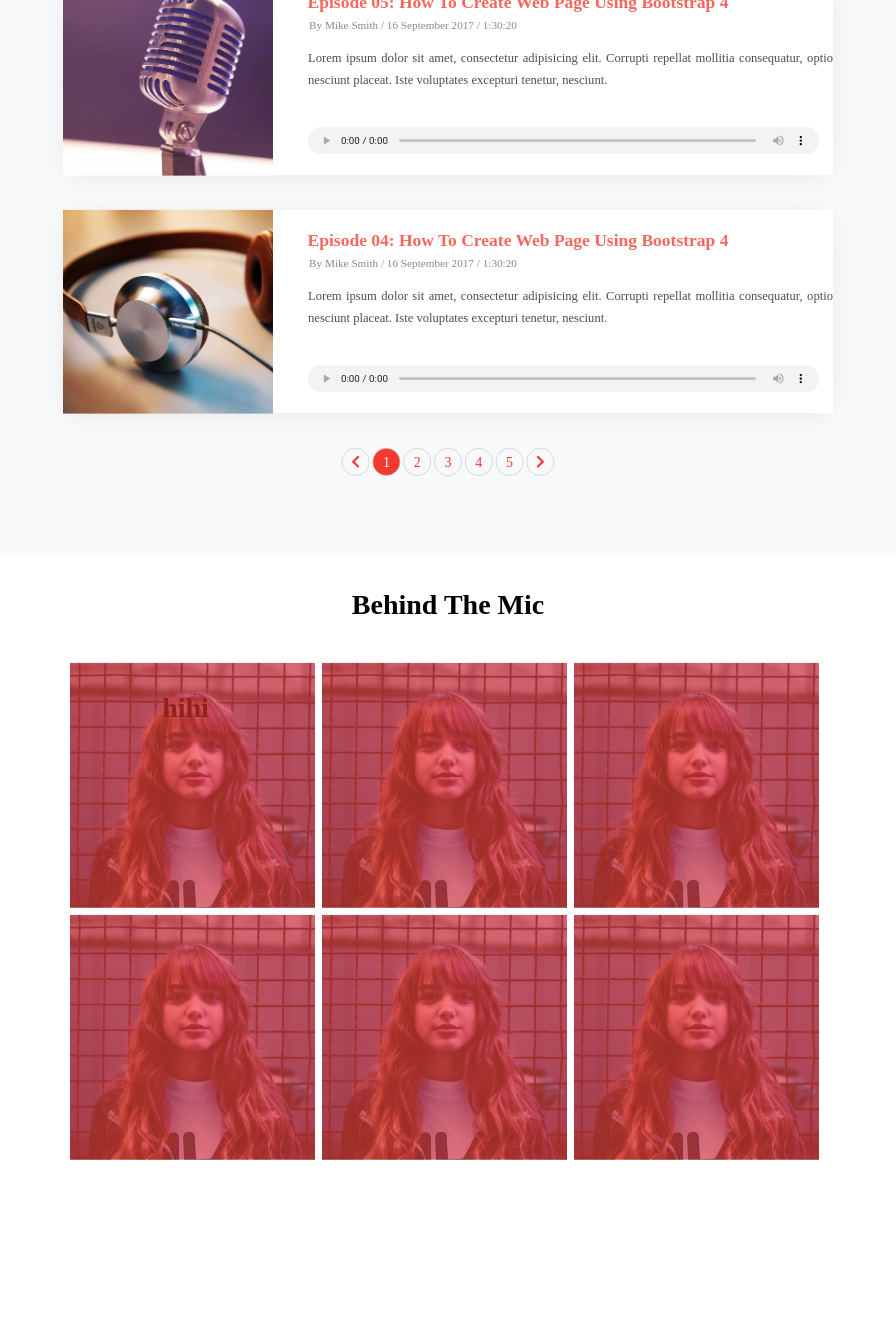
Repository: nhutduy0803/template2
Page: index.html
These files come from the project's save history. The page is drawn as it stood at one moment and after the next save; the edit follows.
The browser window is 1280 px wide. The pictures show the part of the page from y = 2077 to 3997 px (the page is 3997 px tall), at 70% of full size.

Above is the page before, as saved 2021-12-09 14:38:03.

### index.html
<!DOCTYPE html>
<html lang="en">
  <head>
    <meta charset="UTF-8" />
    <meta http-equiv="X-UA-Compatible" content="IE=edge" />
    <meta name="viewport" content="width=device-width, initial-scale=1.0" />
    <link rel="stylesheet" href="./assets/css/style.css" />
    <link
      rel="stylesheet"
      href="./assets/css/font/fontawesome-free-5.15.4-web/css/all.min.css"
    />
    <title>Document</title>
  </head>
  <body>
    <script src="./main.js"></script>
    <div class="slider">
      <h2>Podca</h2>
      <img
        src="./assets/css/img/xhero_bg_1.jpg.pagespeed.ic.EJCcE-mhd6.webp"
        alt=""
      />
      <h3>Episode 09: How To Create Web Page Using Bootstrap 4</h3>
      <span>By Mike Smith | 16 September 2017 | 1:30:20</span>
      <div class="subslider">READ THE TRANSCRIPT</div>
      <div class="menu" onclick="openmenu()">
        <i class="fas fa-bars"></i>
      </div>
      <div class="sub-menu">
        <i class="fas fa-times" onclick="closemenu()"></i>
        <div class="home-menu">
          <p>Home</p>
          <i onclick="subhome()" class="fas fa-caret-down"></i>

          <div class="sub-home">
            <li>Menu One</li>
            <li>Menu Two</li>
            <li>Menu Three</li>
            <li>Sub Menu</li>
          </div>
          <div class="drop-down">
            <p>DropDown</p>
            <i onclick="subdropdown() " class="fas fa-caret-down"></i>
            <div class="sub-dropdown">
              <li>Menu One</li>
              <li>Menu two</li>
              <li>Menu three</li>
            </div>
          </div>

          <p>About</p>
          <p>Contact</p>
        </div>
      </div>
    </div>
    <div class="audio">
      <audio class="audio-one" controls>
        <source src="" type="audio/ogg" />
        <source src="" type="audio/mpeg" />
      </audio>
    </div>
    <div class="RecentPodcasts">
      <h2>Recent Podcasts</h2>
      <div class="container">
        <div class="img-pod">
          <img src="./assets/css/img/pod1.webp" alt="" />
        </div>
        <div class="content-pod">
          <h3>Episode 08: How To Create Web Page Using Bootstrap 4</h3>
          <span>By Mike Smith / 16 September 2017 / 1:30:20</span>
          <p>
            Lorem ipsum dolor sit amet, consectetur adipisicing elit. Corrupti
            repellat mollitia consequatur, optio nesciunt placeat. Iste
            voluptates excepturi tenetur, nesciunt.
          </p>
          <audio class="audiopod" controls>
            <source src="" type="audio/mpeg" />
          </audio>
        </div>
      </div>
      <div class="container">
        <div class="img-pod">
          <img src="./assets/css/img/pod2.webp" alt="" />
        </div>
        <div class="content-pod">
          <h3>Episode 07: How To Create Web Page Using Bootstrap 4</h3>
          <span>By Mike Smith / 16 September 2017 / 1:30:20</span>
          <p>
            Lorem ipsum dolor sit amet, consectetur adipisicing elit. Corrupti
            repellat mollitia consequatur, optio nesciunt placeat. Iste
            voluptates excepturi tenetur, nesciunt.
          </p>
          <audio class="audiopod" controls>
            <source src="" type="audio/mpeg" />
          </audio>
        </div>
      </div>
      <div class="container">
        <div class="img-pod">
          <img src="./assets/css/img/pod3.webp" alt="" />
        </div>
        <div class="content-pod">
          <h3>Episode 06: How To Create Web Page Using Bootstrap 4</h3>
          <span>By Mike Smith / 16 September 2017 / 1:30:20</span>
          <p>
            Lorem ipsum dolor sit amet, consectetur adipisicing elit. Corrupti
            repellat mollitia consequatur, optio nesciunt placeat. Iste
            voluptates excepturi tenetur, nesciunt.
          </p>
          <audio class="audiopod" controls>
            <source src="" type="audio/mpeg" />
          </audio>
        </div>
      </div>
      <div class="container">
        <div class="img-pod">
          <img src="./assets/css/img/pod4.webp" alt="" />
        </div>
        <div class="content-pod">
          <h3>Episode 05: How To Create Web Page Using Bootstrap 4</h3>
          <span>By Mike Smith / 16 September 2017 / 1:30:20</span>
          <p>
            Lorem ipsum dolor sit amet, consectetur adipisicing elit. Corrupti
            repellat mollitia consequatur, optio nesciunt placeat. Iste
            voluptates excepturi tenetur, nesciunt.
          </p>
          <audio class="audiopod" controls>
            <source src="" type="audio/mpeg" />
          </audio>
        </div>
      </div>
      <div class="container">
        <div class="img-pod">
          <img src="./assets/css/img/pod5.webp" alt="" />
        </div>
        <div class="content-pod">
          <h3>Episode 04: How To Create Web Page Using Bootstrap 4</h3>
          <span>By Mike Smith / 16 September 2017 / 1:30:20</span>
          <p>
            Lorem ipsum dolor sit amet, consectetur adipisicing elit. Corrupti
            repellat mollitia consequatur, optio nesciunt placeat. Iste
            voluptates excepturi tenetur, nesciunt.
          </p>
          <audio class="audiopod" controls>
            <source src="" type="audio/mpeg" />
          </audio>
        </div>
      </div>
    </div>
    <div class="list-pod">
      <li><i class="fas fa-chevron-left"></i></li>
      <li>1</li>
      <li>2</li>
      <li>3</li>
      <li>4</li>
      <li>5</li>
      <li><i class="fas fa-chevron-right"></i></li>
    </div>
    <div class="BehindTheMic">
      <h2>Behind The Mic</h2>
      <div class="container-behind">
        <div class="picture-behind">
          <img src="./assets/css/img/behind1.webp" alt="" />
        </div>
        <div class="content-behind">
          <h2>hihi</h2>
        </div>

        <div class="picture-behind">
          <img src="./assets/css/img/behind1.webp" alt="" />
        </div>
        <div class="picture-behind">
          <img src="./assets/css/img/behind1.webp" alt="" />
        </div>
        <div class="picture-behind">
          <img src="./assets/css/img/behind1.webp" alt="" />
        </div>
        <div class="picture-behind">
          <img src="./assets/css/img/behind1.webp" alt="" />
        </div>
        <div class="picture-behind">
          <img src="./assets/css/img/behind1.webp" alt="" />
        </div>
      </div>
      <!-- <div class="container-behind">
        <div class="picture-behind">
          <img src="./assets/css/img/behind1.webp" alt="" />
        </div>
      </div>
      <div class="container-behind">
        <div class="picture-behind">
          <img src="./assets/css/img/behind1.webp" alt="" />
        </div>
      </div>
      <div class="container-behind">
        <div class="picture-behind">
          <img src="./assets/css/img/behind1.webp" alt="" />
        </div>
      </div>
      <div class="container-behind">
        <div class="picture-behind">
          <img src="./assets/css/img/behind1.webp" alt="" />
        </div>
      </div>
      <div class="container-behind">
        <div class="picture-behind">
          <img src="./assets/css/img/behind1.webp" alt="" />
        </div>
      </div> -->
    </div>
  </body>
</html>

### assets/css/style.css
* {
  margin: 0;
  padding: 0;
  box-sizing: border-box;
}

.slider {
  width: 100%;
  height: 100vh;
  position: relative;
}

.slider::before {
  content: " ";
  position: absolute;
  top: 0;
  left: 0;
  right: 0;
  bottom: 0;
  background-color: rgba(0, 0, 0, 0.4);
}

.slider img {
  width: 100%;
  height: 100%;
}

.slider h2 {
  position: absolute;
  top: 50px;
  left: 50px;
  color: #fff;
  font-size: 40px;
}
.menu {
  position: absolute;
  right: 50px;
  top: 50px;
  font-size: 30px;
  color: #fff;
}

.slider h3 {
  text-align: center;
  position: absolute;
  transform: translate(-50%);
  top: 30%;
  left: 50%;
  color: #fff;
  font-size: 40px;
  line-height: 1.6;
  font-size: 50px;
}

.slider span {
  position: absolute;
  top: 58%;
  left: 50%;
  transform: translate(-50%);
  color: #ffffff80;
}

.subslider {
  width: 250px;
  background-color: #f23a2e;
  display: flex;
  justify-content: center;
  align-items: center;
  color: #fff;
  font-size: 15px;
  letter-spacing: 2px;
  height: 60px;
  position: absolute;
  top: 65%;
  left: 50%;
  transform: translate(-50%);
  transition: 0.3s;
  border-radius: 5px;
}

.subslider:hover {
  position: absolute;
  top: 64%;
  box-shadow: 0 5px 20px -7px rgba(0, 0, 0, 0.9);
  transition: 0.3s;
}

.sub-menu {
  width: 300px;
  background-color: #fff;
  position: absolute;
  right: -300px;
  top: 0;
  height: 100vh;
  position: fixed;
  transition: 0.3s;
  box-shadow: 0 0 10px rgba(0, 0, 0, 0.4);
}

.sub-menu.openmenu {
  transition: 0.3s;
  right: 0;
}

.sub-menu .fas {
  position: absolute;
  font-size: 25px;
  right: 15px;
  top: 15px;
  transition: 0.2s;
}

.sub-menu .fas:hover {
  transition: 0.2s;
  color: rgb(104, 103, 103);
}

.home-menu {
  margin-top: 100px;
  font-size: 20px;
  margin-left: 15%;
}

.home-menu p {
  margin-bottom: 30px;
  color: #212529;
  transition: 0.3s;
}

.home-menu p:nth-child(2) {
  width: 100%;
  background-color: #fff;
  height: 200px;
}

.home-menu p:hover {
  transition: 0.3s;
  color: #f00;
}

.fa-caret-down {
  margin-top: 85px;
  margin-right: 20px;
}

.drop-down {
  position: relative;
}

.drop-down .fa-caret-down {
  position: absolute;
  top: -85px;
}
.sub-home {
  margin-top: -20px;
  width: 200px;
  height: 0px;
  background-color: #fff;
  visibility: hidden;
  transition: 0.5s;
  opacity: 0;
  margin-bottom: 20px;
}

.sub-home.opensubhome {
  height: 170px;
  visibility: inherit;
  transition: 0.5s;
  opacity: 1;
}

.sub-home li {
  padding: 10px 0px;
  font-weight: 300;
  margin-left: 30px;
  font-size: 17px;
  list-style-type: none;
  /* transition: 0.3s; */
}

.sub-home li:hover {
  transition: 0.3s;
  color: #f00;
}

.sub-dropdown {
  margin-top: -20px;
  background-color: #fff;
  height: 0px;
  width: 200px;
  visibility: hidden;
  transition: 0.3s;
  opacity: 0;
  margin-bottom: 20px;
}

.sub-dropdown li {
  padding-top: 22.5px;
  margin-left: 30px;
  font-weight: 300;
  font-size: 17px;
  list-style-type: none;
  transition: 0.3s;
}

.sub-dropdown li:hover {
  transition: 0.3s;
  color: #f00;
}

.sub-dropdown.opensubdropdown {
  opacity: 1;
  visibility: inherit;
  transition: 0.3s;
  height: 150px;
}

.audio {
  display: flex;
  justify-content: center;
  align-items: center;
  width: 100%;
  background-color: #f8f9fa;
  height: 200px;
}

.audio-one {
  width: 750px;
  height: 40px;
}

.RecentPodcasts {
  background: #f8f9fa;
  height: auto;
  width: 100%;
  text-align: center;
}

.RecentPodcasts h2 {
  font-size: 40px;
  margin-bottom: 50px;
}

.container {
  width: 1100px;
  height: 290px;
  position: relative;
  margin: auto;
  box-shadow: 0 5px 40px -10px rgb(0 0 0 / 10%);
  margin-top: 50px;
}

.img-pod {
  position: absolute;
  top: 0;
  left: 0;
  height: 290px;
  width: 300px;
}

.img-pod img {
  width: 100%;
  height: 100%j;
}

.content-pod {
  padding-top: 30px;
  background: #fff;
  height: 100%;
}

.content-pod h3 {
  font-size: 25px;
  margin-left: 200px;
  color: #f23b2ec4;
  margin-bottom: 10px;
}

.content-pod span {
  margin-left: -100px;
  color: #888;
}

.content-pod p {
  line-height: 1.8;
  margin-top: 20px;
  text-align: justify;
  margin-left: 350px;
  font-size: 18px;
  color: #4d4d4d;
  font-weight: 300;
}

.audiopod {
  margin-top: 50px;
  width: 730px;
  height: 40px;
  margin-left: 330px;
}

.list-pod {
  background: #f8f9fa;
  height: 200px;
  width: 100%;
  text-align: center;
}

.list-pod li {
  padding-top: 7.5px;
  margin-top: 50px;
  list-style-type: none;
  border-radius: 50%;
  height: 40px;
  width: 40px;
  border: 1px solid #ccc;
  display: inline-block;
  color: #f23a2e;
  font-size: 20px;
}

.list-pod li:nth-child(2) {
  font-size: 20px;
  color: #fff;
  background: #f23a2e;
}

.BehindTheMic {
  width: 100%;
  height: 150vh;
  background: #fff;
  text-align: center;
}

.BehindTheMic h2 {
  margin-top: 50px;
  font-size: 40px;
  margin-bottom: 50px;
}

.container-behind {
  margin: auto;
  width: 1100px;
}

.picture-behind {
  margin-left: 10px;
  float: left;
  width: 350px;
  height: 350px;
  overflow: hidden;
  margin-top: 10px;
  position: relative;
}

.picture-behind img {
  width: 100%;
  height: 100%;
  transition: 0.3s;
  position: relative;
  z-index: 0;
}

.picture-behind::before {
  position: absolute;
  z-index: 2;
  opacity: 0.6;
  content: " ";
  background-color: #f23a2e;
  height: 350px;
  width: 350px;
}

.content-behind {
  width: 350px;
  height: 350px;
  position: absolute;
}

### main.js
function openmenu() {
  var openmenu = document.querySelector(".sub-menu");
  openmenu.classList.add("openmenu");
}

function closemenu() {
  var openmenu = document.querySelector(".sub-menu");
  openmenu.classList.remove("openmenu");
}

function subhome() {
  var opensubhome = document.querySelector(".sub-home");
  opensubhome.classList.toggle("opensubhome");
}

function subdropdown() {
  var subdropdown = document.querySelector(".sub-dropdown");
  subdropdown.classList.toggle("opensubdropdown");
}

Loaded but not shown: assets/css/font/fontawesome-free-5.15.4-web/css/all.min.css (library)

After the next save:
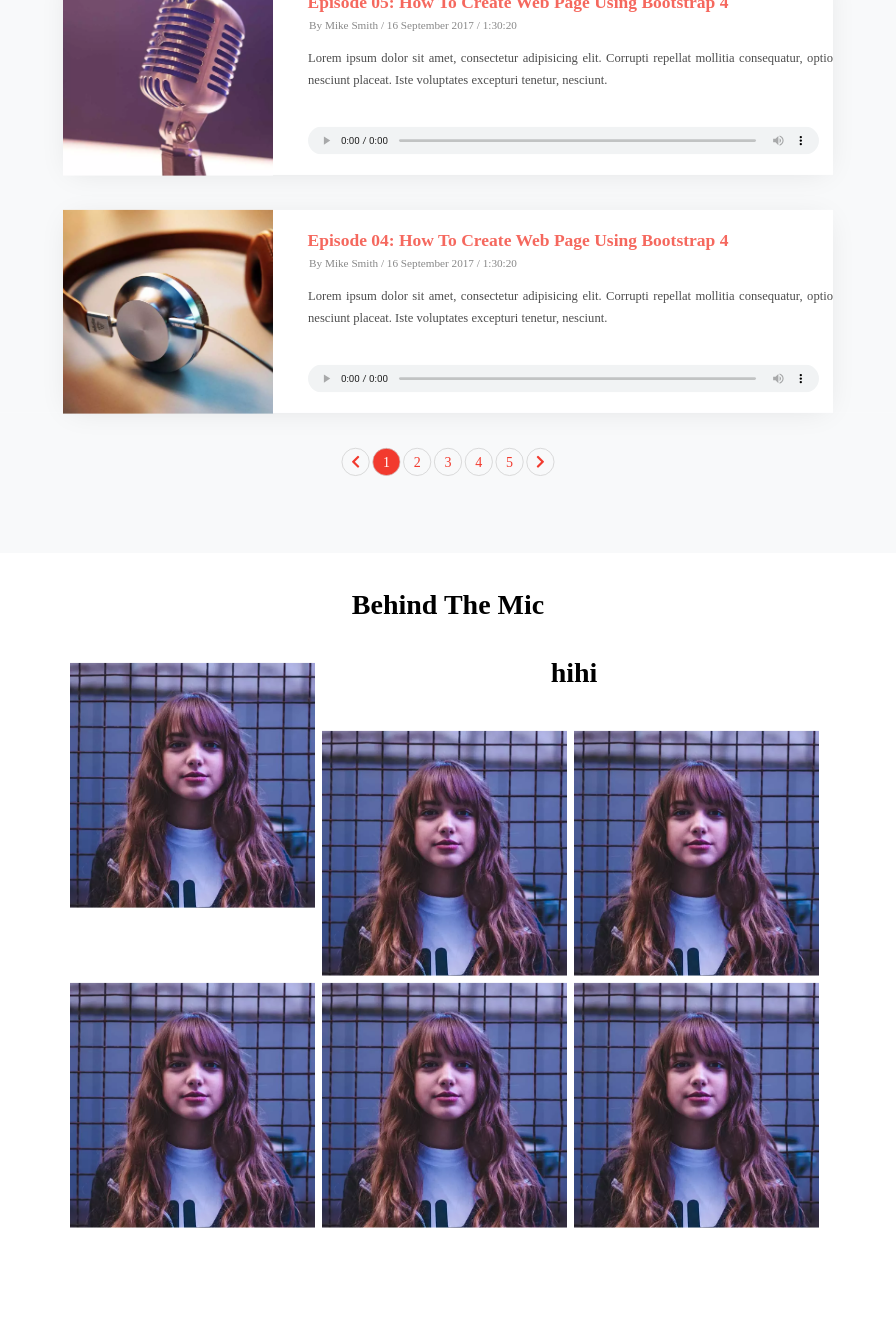
Saved 9 s later.
--- a/assets/css/style.css
+++ b/assets/css/style.css
@@ -358,7 +358,7 @@
   transition: 0.3s;
   position: relative;
   z-index: 0;
-}
+/* }
 
 .picture-behind::before {
   position: absolute;
@@ -368,10 +368,11 @@
   background-color: #f23a2e;
   height: 350px;
   width: 350px;
-}
+} */
 
 .content-behind {
   width: 350px;
   height: 350px;
   position: absolute;
-}
+  background-color: #f23a2e;
+}
